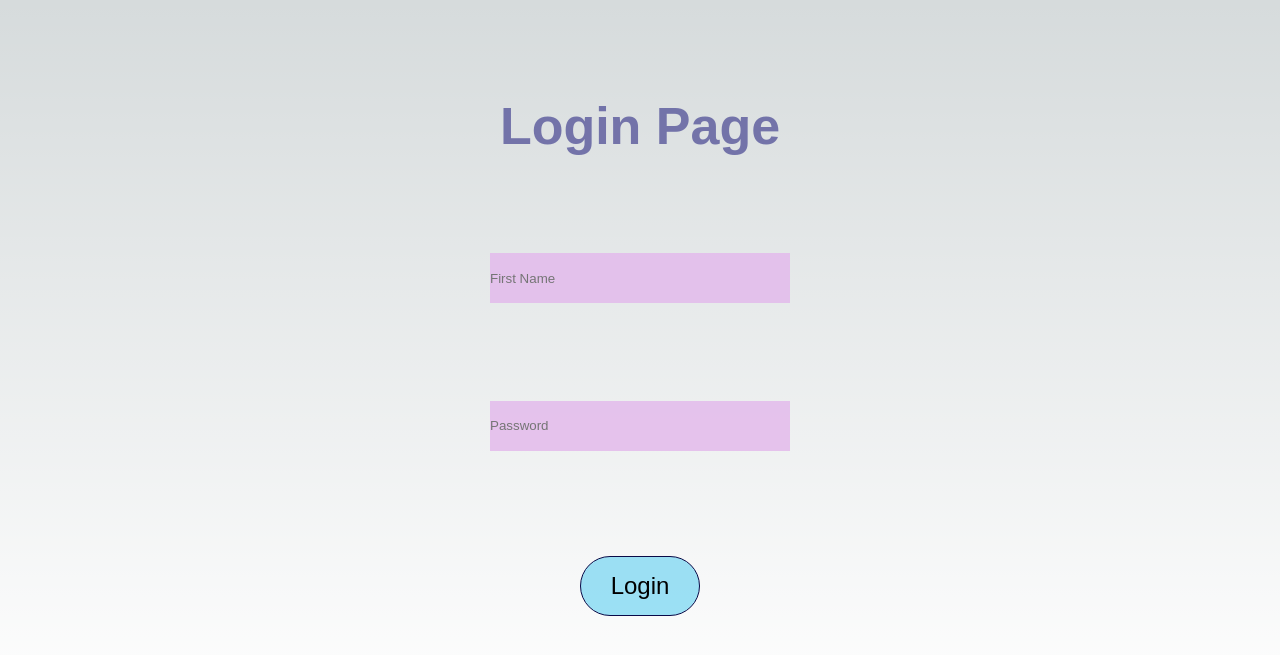
Repository: SaraShio/counter
Page: /
The author's editor kept a copy of each file at every save. The page is drawn from the files as they stood at one save, then again after the next save.
The browser window is 1280 px wide. The pictures show the whole page.
The project was rebuilt for these pictures with package versions that can differ from the ones it lists, and the page was loaded fresh each time. The framework's server and built-in components were replaced by stand-ins that run in the browser. Also part of the build but not shown: next.config.js.

Above is the page before, as saved 2023-01-15 22:58:09.

After the next save:
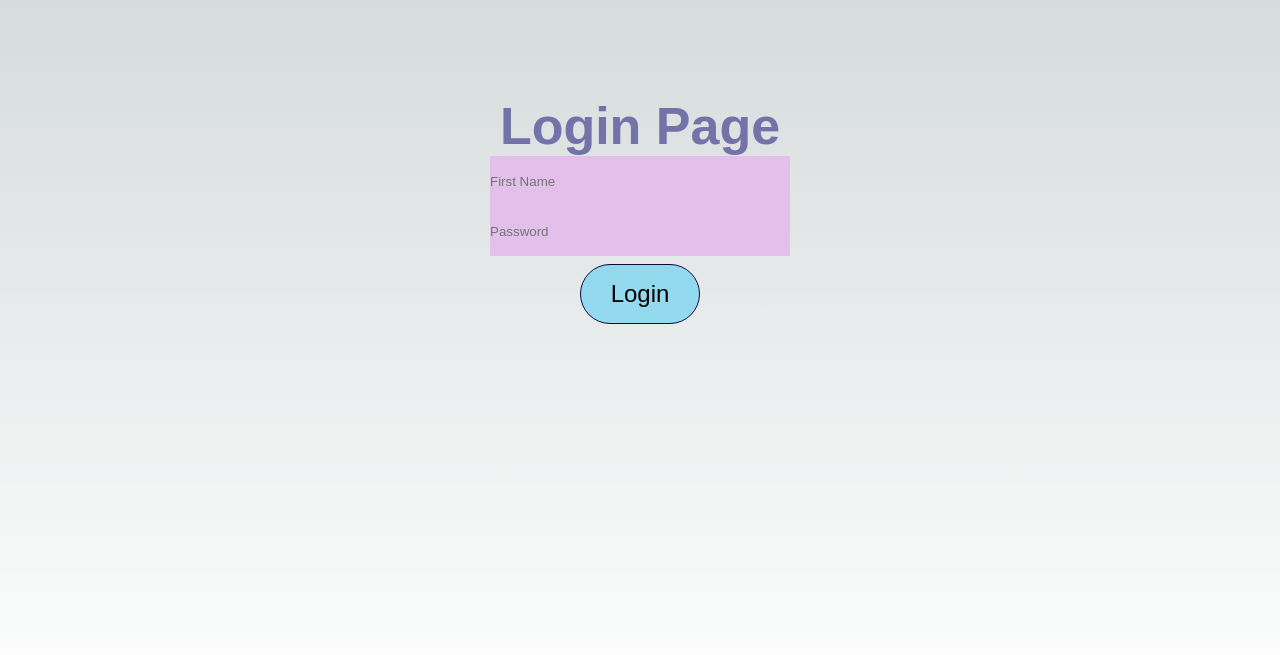
Saved 5 s later.
--- a/styles/Home.module.css
+++ b/styles/Home.module.css
@@ -1,7 +1,6 @@
 .main {
   display: flex;
   flex-direction: column;
-  justify-content: space-between;
   align-items: center;
   padding: 6rem;
   min-height: 100vh;
